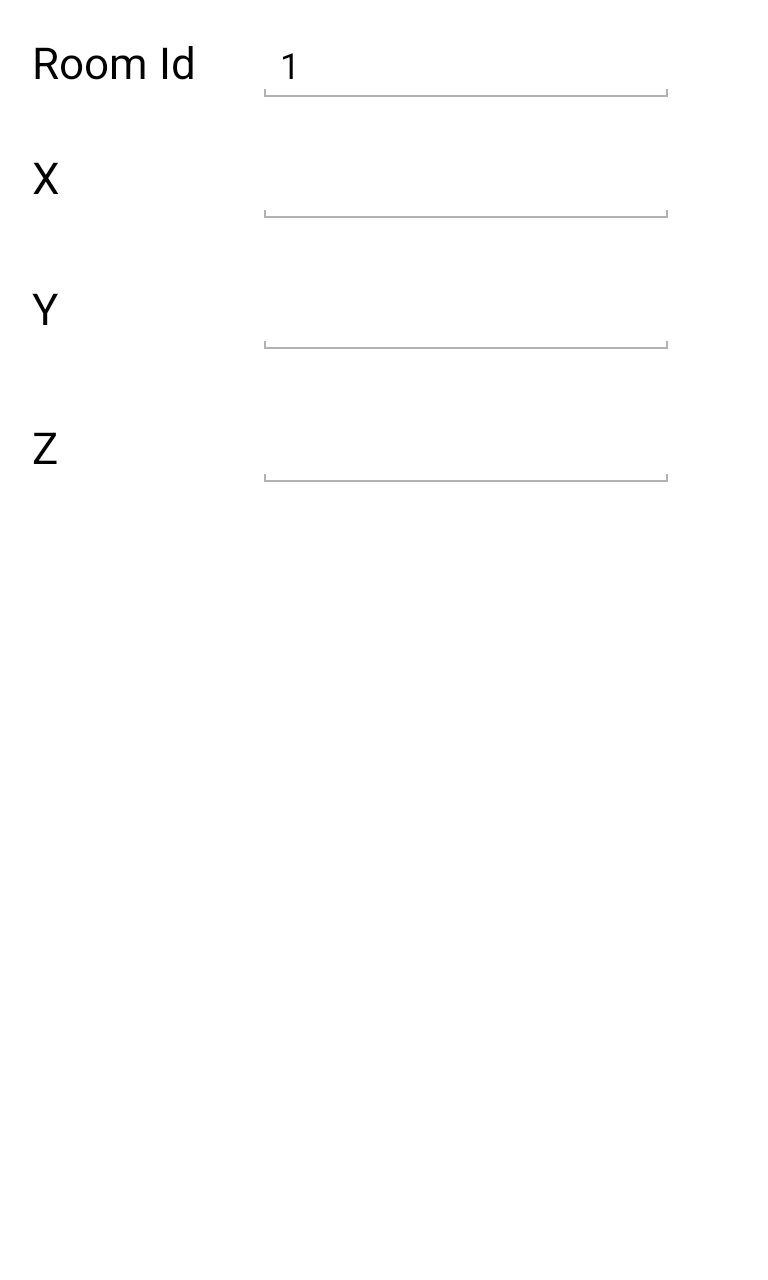
Repository: RenchuSong/tMap_Android
Layout: tmap_model_tool/res/layout/wifi_conllector.xml
The author's editor kept a copy of each file at every save. The layout is drawn from the files as they stood at one save, then again after the next save.
It is drawn on a 768 x 1280 px phone screen (xhdpi) without system bars, with theme AppTheme; the app's code is not run.

Above is the layout before, as saved 2014-04-20 11:41:22.

### tmap_model_tool/res/layout/wifi_conllector.xml
<RelativeLayout xmlns:android="http://schemas.android.com/apk/res/android"
    xmlns:tools="http://schemas.android.com/tools"
    android:layout_width="match_parent"
    android:layout_height="match_parent"
    android:paddingBottom="@dimen/activity_vertical_margin"
    android:paddingLeft="@dimen/activity_horizontal_margin"
    android:paddingRight="@dimen/activity_horizontal_margin"
    android:paddingTop="@dimen/activity_vertical_margin"
    tools:context=".WifiCollector" >

    <TextView
        android:id="@+id/textView1"
        android:layout_width="wrap_content"
        android:layout_height="wrap_content"
        android:layout_alignParentLeft="true"
        android:layout_alignParentTop="true"
        android:text="Room Id"
        android:textAppearance="?android:attr/textAppearanceLarge" />

    <TextView
        android:id="@+id/textView2"
        android:layout_width="wrap_content"
        android:layout_height="wrap_content"
        android:layout_alignLeft="@+id/textView1"
        android:layout_below="@+id/textView1"
        android:layout_marginTop="28dp"
        android:text="X"
        android:textAppearance="?android:attr/textAppearanceLarge" />

    <TextView
        android:id="@+id/textView3"
        android:layout_width="wrap_content"
        android:layout_height="wrap_content"
        android:layout_alignLeft="@+id/textView2"
        android:layout_below="@+id/textView2"
        android:layout_marginTop="36dp"
        android:text="Y"
        android:textAppearance="?android:attr/textAppearanceLarge" />

    <TextView
        android:id="@+id/textView4"
        android:layout_width="wrap_content"
        android:layout_height="wrap_content"
        android:layout_alignLeft="@+id/textView3"
        android:layout_below="@+id/textView3"
        android:layout_marginTop="40dp"
        android:text="Z"
        android:textAppearance="?android:attr/textAppearanceLarge" />

    <EditText
        android:id="@+id/roomId"
        android:layout_width="wrap_content"
        android:layout_height="wrap_content"
        android:layout_alignBaseline="@+id/textView1"
        android:layout_alignBottom="@+id/textView1"
        android:layout_marginLeft="30dp"
        android:layout_toRightOf="@+id/textView1"
        android:ems="10"
        android:text="1" >

    </EditText>

    <EditText
        android:id="@+id/x"
        android:layout_width="wrap_content"
        android:layout_height="wrap_content"
        android:layout_alignLeft="@+id/roomId"
        android:layout_alignTop="@+id/textView2"
        android:ems="10" />

    <EditText
        android:id="@+id/y"
        android:layout_width="wrap_content"
        android:layout_height="wrap_content"
        android:layout_alignLeft="@+id/x"
        android:layout_alignTop="@+id/textView3"
        android:ems="10" >

    </EditText>

    <EditText
        android:id="@+id/z"
        android:layout_width="wrap_content"
        android:layout_height="wrap_content"
        android:layout_alignBaseline="@+id/textView4"
        android:layout_alignBottom="@+id/textView4"
        android:layout_alignLeft="@+id/y"
        android:ems="10" />

</RelativeLayout>

Loaded but not shown: tmap_model_tool/res/values/styles.xml (common file); tmap_model_tool/res/values-v11/styles.xml (common file); tmap_model_tool/res/values-v14/styles.xml (common file); tmap_model_tool/res/values/dimens.xml (common file)

After the next save:
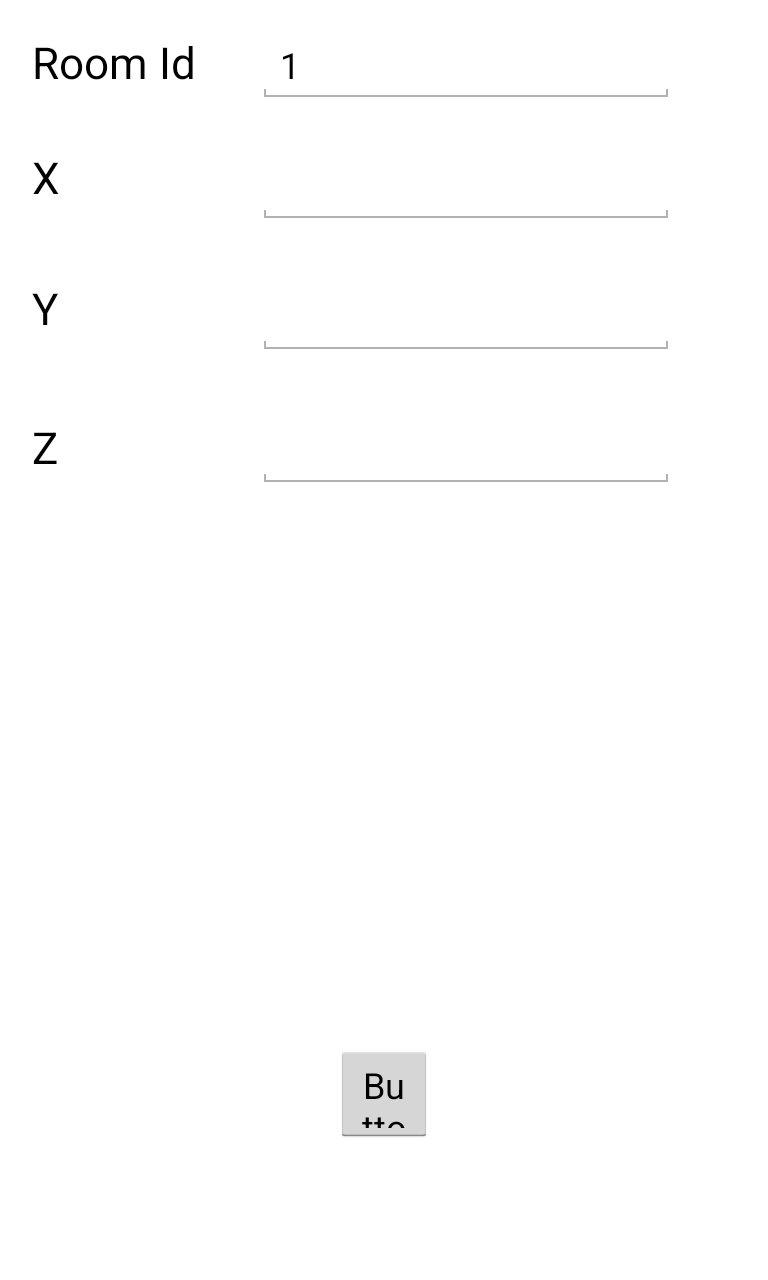
Saved 48 s later.
--- a/tmap_model_tool/res/layout/wifi_conllector.xml
+++ b/tmap_model_tool/res/layout/wifi_conllector.xml
@@ -87,4 +87,13 @@
         android:layout_alignLeft="@+id/y"
         android:ems="10" />
 
+    <Button
+        android:id="@+id/button1"
+        android:layout_width="50dp"
+        android:layout_height="50dp"
+        android:layout_alignParentBottom="true"
+        android:layout_centerHorizontal="true"
+        android:layout_marginBottom="52dp"
+        android:text="Button" />
+
 </RelativeLayout>
